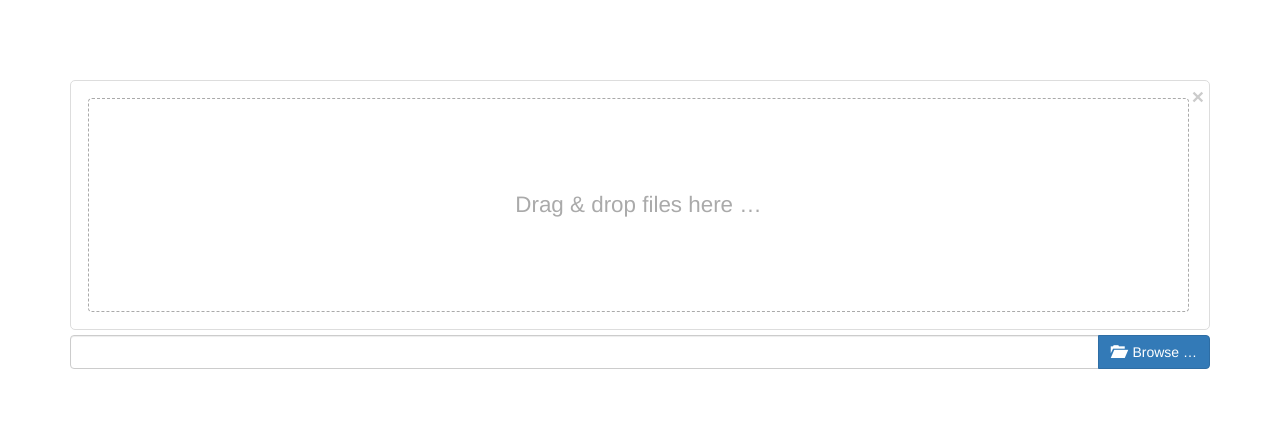
Repository: NeeleshPoojari/Project-2
Page: frontend_project2/WebContent/views/profilepicture.html
The author's editor kept a copy of each file at every save. The page is drawn from the files as they stood at one save, then again after the next save.
The browser window is 1280 px wide. The pictures show the whole page.
Some web libraries are served in a nearby version.

Above is the page before, as saved 2017-07-16 17:03:57.
Console error (its wording comes from the project's code and is left out).

### frontend_project2/WebContent/views/profilepicture.html
<!DOCTYPE html>
<html>
<head>
<meta charset="ISO-8859-1">
<link
	href="https://maxcdn.bootstrapcdn.com/bootstrap/3.3.7/css/bootstrap.min.css"
	rel="stylesheet">
<script
	src="https://maxcdn.bootstrapcdn.com/bootstrap/3.3.7/js/bootstrap.min.js"
	type="text/javascript"></script>
<script
	src="http://ajax.googleapis.com/ajax/libs/jquery/2.1.1/jquery.min.js"></script>
<script src="https://code.jquery.com/jquery-2.2.1.min.js"></script>

<link href="css/fileinput.css" media="all" rel="stylesheet"
	type="text/css" />

<link href="themes/explorer/theme.css" media="all" rel="stylesheet"
	type="text/css" />


<script src="js/plugins/sortable.js" type="text/javascript"></script>
<script src="js/fileinput.js" type="text/javascript"></script>
<script src="themes/explorer/theme.js" type="text/javascript"></script>
<script
	src="http://ajax.googleapis.com/ajax/libs/jquery/2.1.1/jquery.min.js"></script>

<link
	href="https://maxcdn.bootstrapcdn.com/bootstrap/3.3.7/css/bootstrap.min.css"
	rel="stylesheet">

<script
	src="https://maxcdn.bootstrapcdn.com/bootstrap/3.3.7/js/bootstrap.min.js"
	type="text/javascript"></script>
<link
	href="https://maxcdn.bootstrapcdn.com/font-awesome/4.6.1/css/font-awesome.min.css"
	rel="stylesheet" />

<title>Insert title here</title>
</head>
<body style="margin-top: 80px;">

	<div class="container kv-main">
		<div class="form-group">
			<input class="file" type="file" name="image"
				data-preview-file-type="any"
				data-upload-url="http://localhost:8080/backend_project2/uploadprofilepic">
		</div>
	</div>

</body>
</html>

### frontend_project2/WebContent/css/fileinput.css
/*!
 * bootstrap-fileinput v4.4.0
 * http://plugins.krajee.com/file-input
 *
 * Krajee default styling for bootstrap-fileinput.
 *
 * Author: Kartik Visweswaran
 * Copyright: 2014 - 2017, Kartik Visweswaran, Krajee.com
 *
 * Licensed under the BSD 3-Clause
 * https://github.com/kartik-v/bootstrap-fileinput/blob/master/LICENSE.md
 */
.file-loading {
    top: 0;
    right: 0;
    width: 25px;
    height: 25px;
    font-size: 999px;
    text-align: right;
    color: #fff;
    background: transparent url('../img/loading.gif') top left no-repeat;
    border: none;
}

.file-object {
    margin: 0 0 -5px 0;
    padding: 0;
}

.btn-file {
    position: relative;
    overflow: hidden;
}

.btn-file input[type=file] {
    position: absolute;
    top: 0;
    right: 0;
    min-width: 100%;
    min-height: 100%;
    text-align: right;
    opacity: 0;
    background: none repeat scroll 0 0 transparent;
    cursor: inherit;
    display: block;
}

.file-caption-name {
    display: inline-block;
    overflow: hidden;
    height: 20px;
    word-break: break-all;
}

.input-group-lg .file-caption-name {
    height: 25px;
}

.file-zoom-dialog {
    text-align: left;
}

.file-error-message {
    color: #a94442;
    background-color: #f2dede;
    margin: 5px;
    border: 1px solid #ebccd1;
    border-radius: 4px;
    padding: 15px;
}

.file-error-message pre, .file-error-message ul {
    margin: 0;
    text-align: left;
}

.file-error-message pre {
    margin: 5px 0;
}

.file-caption-disabled {
    background-color: #EEEEEE;
    cursor: not-allowed;
    opacity: 1;
}

.file-preview {
    border-radius: 5px;
    border: 1px solid #ddd;
    padding: 5px;
    width: 100%;
    margin-bottom: 5px;
}

.krajee-default.file-preview-frame {
    position: relative;
    display: table;
    margin: 8px;
    border: 1px solid #ddd;
    box-shadow: 1px 1px 5px 0 #a2958a;
    padding: 6px;
    float: left;
    text-align: center;
}

.krajee-default.file-preview-frame:not(.file-preview-error):hover {
    box-shadow: 3px 3px 5px 0 #333;
}

.krajee-default.file-preview-frame .kv-file-content {
    height: 170px;
}

.krajee-default.file-preview-frame .file-thumbnail-footer {
    height: 70px;
}

.krajee-default .file-preview-image {
    vertical-align: middle;
    image-orientation: from-image;
}

.krajee-default .file-preview-text {
    display: block;
    color: #428bca;
    border: 1px solid #ddd;
    font-family: Menlo, Monaco, Consolas, "Courier New", monospace;
    outline: none;
    padding: 8px;
    resize: none;
}

.krajee-default .file-preview-html {
    border: 1px solid #ddd;
    padding: 8px;
    overflow: auto;
}

.krajee-default[data-template="audio"] .file-preview-audio {
    display: table-cell;
    vertical-align: middle;
    height: 170px;
    border: 1px solid #ddd;
    border-radius: 5px;
}

.krajee-default .file-preview-audio audio {
    vertical-align: middle;
}

.krajee-default .file-zoom-dialog .file-preview-text {
    font-size: 1.2em;
}

.krajee-default .file-preview-other {
    left: 0;
    top: 0;
    right: 0;
    bottom: 0;
    margin: auto;
    text-align: center;
    vertical-align: middle;
    padding: 10px;
}

.krajee-default .file-preview-other:hover {
    opacity: 0.8;
}

.krajee-default .file-actions, .krajee-default .file-other-error {
    text-align: left;
}

.krajee-default .file-other-icon {
    font-size: 8em;
}

.krajee-default .file-actions {
    margin-top: 15px;
}

.krajee-default .file-footer-buttons {
    float: right;
}

.krajee-default .file-footer-caption {
    display: block;
    white-space: nowrap;
    overflow: hidden;
    text-overflow: ellipsis;
    width: 160px;
    text-align: center;
    padding-top: 4px;
    font-size: 11px;
    color: #777;
    margin: 5px auto;
}

.krajee-default .file-preview-error {
    opacity: 0.65;
    box-shadow: none;
}

.krajee-default .file-preview-frame:not(.file-preview-error) .file-footer-caption:hover {
    color: #000;
}

.krajee-default .file-drag-handle, .krajee-default .file-upload-indicator {
    position: absolute;
    text-align: center;
    bottom: -6px;
    left: -6px;
    padding: 8px 8px 1px 3px;
    border-left: none;
    border-bottom: none;
    border-right: 1px solid #8a6d3b;
    border-top: 1px solid #8a6d3b;
    border-top-right-radius: 24px;
    font-size: 12px;
}

.krajee-default .file-drag-handle {
    background-color: #d9edf7;
    border-color: #bce8f1;
}

.krajee-default .file-upload-indicator {
    font-size: 13px;
    background-color: #fcf8e3;
    border-color: #faebcc;
    padding-bottom: 0;
}

.krajee-default.file-preview-error .file-upload-indicator {
    background-color: #f2dede;
    border-color: #ebccd1;
}

.krajee-default.file-preview-success .file-upload-indicator {
    background-color: #dff0d8;
    border-color: #d6e9c6;
}

.krajee-default.file-preview-loading .file-upload-indicator {
    background-color: #e5e5e5;
    border-color: #777;
}

.krajee-default .file-thumb-progress {
    height: 10px;
}

.krajee-default .file-thumb-progress .progress, .krajee-default .file-thumb-progress .progress-bar {
    height: 10px;
    font-size: 9px;
    line-height: 10px;
}

.krajee-default .file-thumbnail-footer {
    position: relative;
}

.krajee-default .file-thumb-progress {
    position: absolute;
    top: 35px;
    left: 0;
    right: 0;
}

.krajee-default.kvsortable-ghost {
    background: #e1edf7;
    border: 2px solid #a1abff;
}

/* noinspection CssOverwrittenProperties */
.file-zoom-dialog .file-other-icon {
    font-size: 22em;
    font-size: 50vmin;
}

.file-input-new .file-preview, .file-input-new .close, .file-input-new .glyphicon-file,
.file-input-new .fileinput-remove-button, .file-input-new .fileinput-upload-button,
.file-input-ajax-new .fileinput-remove-button, .file-input-ajax-new .fileinput-upload-button {
    display: none;
}

.file-caption-main {
    width: 100%;
}

.file-input-ajax-new .no-browse .input-group-btn,
.file-input-new .no-browse .input-group-btn {
    display: none;
}

.file-input-ajax-new .no-browse .form-control,
.file-input-new .no-browse .form-control {
    border-top-right-radius: 4px;
    border-bottom-right-radius: 4px;
}

.file-thumb-loading {
    background: transparent url('../img/loading.gif') no-repeat scroll center center content-box !important;
}

.file-sortable .file-drag-handle {
    cursor: move;
    cursor: -webkit-grabbing;
    opacity: 1;
}

.file-sortable .file-drag-handle:hover {
    opacity: 0.7;
}

.file-drop-zone {
    border: 1px dashed #aaa;
    border-radius: 4px;
    height: 100%;
    text-align: center;
    vertical-align: middle;
    margin: 12px 15px 12px 12px;
    padding: 5px;
}

.file-drop-zone-title {
    color: #aaa;
    font-size: 1.6em;
    padding: 85px 10px;
    cursor: default;
}

.file-preview .clickable,
.clickable .file-drop-zone-title {
    cursor: pointer;
}

.file-drop-zone.clickable:hover {
    border: 2px dashed #999;
}

.file-drop-zone.clickable:focus {
    border: 2px solid #5acde2;
}

.file-drop-zone .file-preview-thumbnails {
    cursor: default;
}

.file-highlighted {
    border: 2px dashed #999 !important;
    background-color: #f0f0f0;
}

.file-uploading {
    background: url('../img/loading-sm.gif') no-repeat center bottom 10px;
    opacity: 0.65;
}

.file-zoom-fullscreen.modal {
    position: fixed;
    top: 0;
    right: 0;
    bottom: 0;
    left: 0;
}

.file-zoom-fullscreen .modal-dialog {
    position: fixed;
    margin: 0;
    width: 100%;
    height: 100%;
    padding: 0;
}

.file-zoom-fullscreen .modal-content {
    border-radius: 0;
    box-shadow: none;
}

.file-zoom-fullscreen .modal-body {
    overflow-y: auto;
}

.file-zoom-dialog .modal-body {
    position: relative !important;
}

.file-zoom-dialog .btn-navigate {
    position: absolute;
    padding: 0;
    margin: 0;
    background: transparent;
    text-decoration: none;
    outline: none;
    opacity: 0.7;
    top: 45%;
    font-size: 4em;
    color: #1c94c4;
}

.file-zoom-dialog .floating-buttons {
    position: absolute;
    top: 5px;
    right: 10px;
}

.floating-buttons, .floating-buttons .btn {
    z-index: 3000;
}

.file-zoom-dialog .kv-zoom-actions .btn,
.floating-buttons .btn {
    margin-left: 3px;
}

.file-zoom-dialog .btn-navigate:not([disabled]):hover,
.file-zoom-dialog .btn-navigate:not([disabled]):focus {
    outline: none;
    box-shadow: none;
    opacity: 0.5;
}

.file-zoom-dialog .btn-navigate[disabled] {
    opacity: 0.3;
}

.file-zoom-dialog .btn-prev {
    left: 1px;
}

.file-zoom-dialog .btn-next {
    right: 1px;
}

.file-zoom-content {
    height: 480px;
    text-align: center;
}

.file-zoom-content .file-preview-image,
.file-zoom-content .file-preview-video {
    max-height: 100%
}

.file-zoom-content > .file-object.type-image {
    width: auto;
    height: auto;
    min-height: inherit;
    max-width: 100%;
    max-height: 100%;
}

.file-zoom-content > .file-object.type-video,
.file-zoom-content > .file-object.type-flash {
    width: auto;
    height: 100%;
    max-width: 100%;
    max-height: 100%;
}

.file-zoom-content > .file-object.type-audio {
    width: auto;
    height: 30px;
}

.file-zoom-content > .file-object.type-pdf,
.file-zoom-content > .file-object.type-html,
.file-zoom-content > .file-object.type-text,
.file-zoom-content > .file-object.type-default {
    width: 100%;
}

.file-preview-initial.sortable-chosen {
    background-color: #d9edf7;
}

/* IE 10 fix */
.btn-file ::-ms-browse {
    width: 100%;
    height: 100%;
}

### frontend_project2/WebContent/themes/explorer/theme.css
/*!
 * bootstrap-fileinput v4.4.0
 * http://plugins.krajee.com/file-input
 *
 * Krajee Explorer theme style for bootstrap-fileinput. Load this theme file after loading `fileinput.css`.
 *
 * Author: Kartik Visweswaran
 * Copyright: 2014 - 2017, Kartik Visweswaran, Krajee.com
 *
 * Licensed under the BSD 3-Clause
 * https://github.com/kartik-v/bootstrap-fileinput/blob/master/LICENSE.md
 */
.theme-explorer .file-preview .table {
    margin: 0;
}

.theme-explorer .explorer-frame td {
    vertical-align: middle;
    text-align: left;
}

.explorer-frame .file-preview-text {
    display: inline-block;
    color: #428bca;
    border: 1px solid #ddd;
    font-family: Menlo, Monaco, Consolas, "Courier New", monospace;
    outline: none;
    padding: 8px;
    resize: none;
}

.explorer-frame .file-preview-html {
    display: inline-block;
    border: 1px solid #ddd;
    padding: 8px;
    overflow: auto;
}

.explorer-frame .file-preview-other {
    text-align: center;
}

.explorer-frame .file-other-icon {
    font-size: 4.2em;
}

.theme-explorer .explorer-frame .kv-file-content {
    width: 80px;
    height: 80px;
    padding: 5px;
    text-align: center;
}

.theme-explorer .file-actions-cell {
    width: 100px;
    padding: 0;
}

.theme-explorer .file-thumb-progress .progress {
    display: block;
    margin-top: 5px;
}

.theme-explorer .file-thumb-progress .progress, .theme-explorer .file-thumb-progress .progress-bar {
    height: 13px;
    font-size: 11px;
    line-height: 13px;
}

.theme-explorer .file-actions-cell {
    position: relative;
}

.theme-explorer .file-upload-indicator, .theme-explorer .file-drag-handle {
    position: absolute;
    text-align: center;
    top: 0;
    right: 0;
    padding-left: 5px;
    padding-right: 2px;
    border-right: none;
    border-top: none;
    border-left: 1px solid #8a6d3b;
    border-bottom: 1px solid #8a6d3b;
    border-bottom-left-radius: 11px;
    font-size: 12px;
}

.theme-explorer .explorer-caption {
    display: block;
    color: #777;
}

.theme-explorer .file-actions {
    text-align: center;
}

.theme-explorer .kvsortable-ghost {
    opacity: 0.6;
    background: #e1edf7;
    border: 2px solid #a1abff;
}

@media only screen and (max-device-width: 500px) {
    .theme-explorer .file-upload-indicator, .theme-explorer .file-drag-handle {
        border-radius: 0;
        border: 1px solid #8a6d3b;
        margin-bottom: 5px;
    }

    .theme-explorer .explorer-caption {
        display: block;
        white-space: nowrap;
        overflow: hidden;
        text-overflow: ellipsis;
        width: 160px;
        text-align: left;
        color: #777;
    }
}

.theme-explorer .file-upload-indicator {
    font-size: 13px;
    padding-left: 6px;
    background-color: #fcf8e3;
    border-color: #faebcc;
}

.theme-explorer .file-drag-handle {
    right: -2px;
    background-color: #d9edf7;
    border-color: #bce8f1;
}

.theme-explorer .file-preview-error .file-upload-indicator {
    background-color: #f2dede;
    border-color: #ebccd1;
}

.theme-explorer .file-preview-success .file-upload-indicator {
    background-color: #dff0d8;
    border-color: #d6e9c6;
}

.theme-explorer .file-preview-loading .file-upload-indicator {
    background-color: #e5e5e5;
    border-color: #777;
}

### frontend_project2/WebContent/themes/explorer/theme.js
/*!
 * bootstrap-fileinput v4.4.0
 * http://plugins.krajee.com/file-input
 *
 * Krajee Explorer theme configuration for bootstrap-fileinput. Load this theme file after loading `fileinput.js`.
 *
 * Author: Kartik Visweswaran
 * Copyright: 2014 - 2017, Kartik Visweswaran, Krajee.com
 *
 * Licensed under the BSD 3-Clause
 * https://github.com/kartik-v/bootstrap-fileinput/blob/master/LICENSE.md
 */
(function ($) {
    "use strict";
    var teTagBef = '<tr class="file-preview-frame {frameClass}" id="{previewId}" data-fileindex="{fileindex}"' +
        ' data-template="{template}"', teContent = '<td class="kv-file-content">\n';
    $.fn.fileinputThemes.explorer = {
        layoutTemplates: {
            preview: '<div class="file-preview {class}">\n' +
            '    {close}' +
            '    <div class="{dropClass}">\n' +
            '    <table class="table table-bordered table-hover"><tbody class="file-preview-thumbnails">\n' +
            '    </tbody></table>\n' +
            '    <div class="clearfix"></div>' +
            '    <div class="file-preview-status text-center text-success"></div>\n' +
            '    <div class="kv-fileinput-error"></div>\n' +
            '    </div>\n' +
            '</div>',
            footer: '<td class="file-details-cell"><div class="explorer-caption" title="{caption}">{caption}</div> ' +
            '{size}{progress}</td><td class="file-actions-cell">{actions}</td>',
            actions: '<div class="file-upload-indicator" title="{indicatorTitle}">{indicator}</div>\n' +
            '{drag}\n' +
            '<div class="file-actions">\n' +
            '    <div class="file-footer-buttons">\n' +
            '        {upload} {delete} {zoom} {other} ' +
            '    </div>\n' +
            '</div>',
            zoomCache: '<tr style="display:none" class="kv-zoom-cache-theme"><td>' +
            '<table class="kv-zoom-cache">{zoomContent}</table></td></tr>'
        },
        previewMarkupTags: {
            tagBefore1: teTagBef + '>' + teContent,
            tagBefore2: teTagBef + ' title="{caption}" style="width:{width};height:{height};">' + teContent,
            tagAfter: '</td>\n{footer}</tr>\n'
        },
        previewSettings: {
            image: {height: "60px"},
            html: {width: "100px", height: "60px"},
            text: {width: "100px", height: "60px"},
            video: {width: "auto", height: "60px"},
            audio: {width: "auto", height: "60px"},
            flash: {width: "100%", height: "60px"},
            object: {width: "100%", height: "60px"},
            pdf: {width: "100px", height: "60px"},
            other: {width: "100%", height: "60px"}
        },
        frameClass: 'explorer-frame'
    };
})(window.jQuery);

Loaded but not shown: frontend_project2/WebContent/js/plugins/sortable.js (library); frontend_project2/WebContent/js/fileinput.js (library)

After the next save:
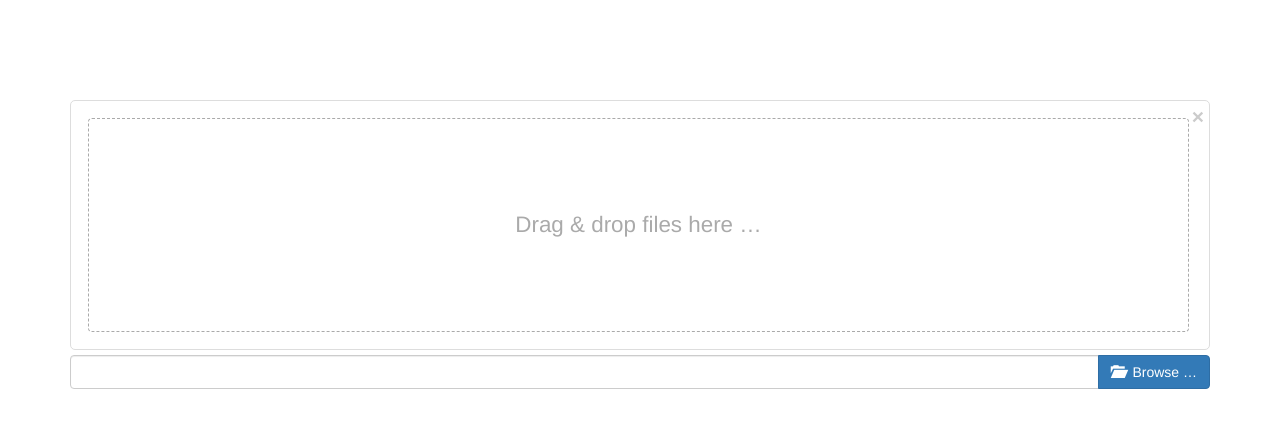
Saved 101 min 47 s later.
--- a/frontend_project2/WebContent/views/profilepicture.html
+++ b/frontend_project2/WebContent/views/profilepicture.html
@@ -38,7 +38,7 @@
 
 <title>Insert title here</title>
 </head>
-<body style="margin-top: 80px;">
+<body style="margin-top:100px;">
 
 	<div class="container kv-main">
 		<div class="form-group">
